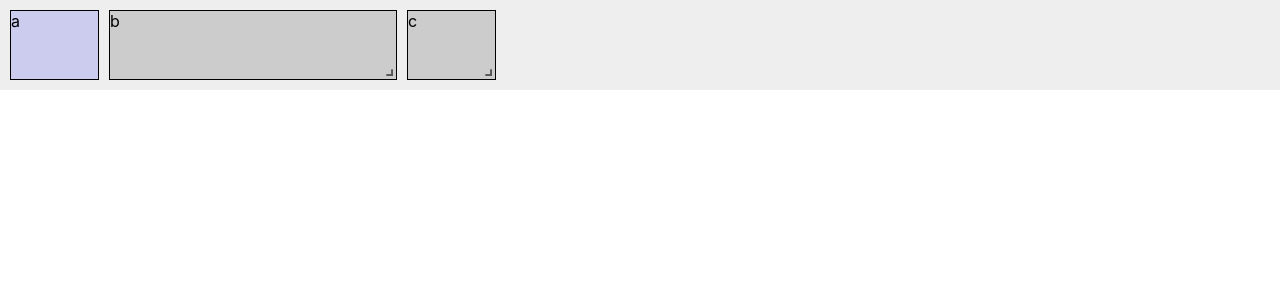
Repository: adnanaahmad/keep
Page: /
The author's editor kept a copy of each file at every save. The page is drawn from the files as they stood at one save, then again after the next save.
The browser window is 1280 px wide. The pictures show the whole page.
The project was rebuilt for these pictures with package versions that can differ from the ones it lists, and the page was loaded fresh each time.

Above is the page before, as saved 2021-11-29 17:44:38.

### src/App.js
import Notes from './pages/notes';
import '../node_modules/react-grid-layout/css/styles.css';
import '../node_modules/react-resizable/css/styles.css';

function App() {
  return (
    <div>
      <Notes/>
    </div>
  );
}

export default App;

### src/pages/notes/index.js
import GridLayout from 'react-grid-layout';
import '../../../node_modules/react-grid-layout/css/styles.css';
import '../../../node_modules/react-resizable/css/styles.css';
import './index.css'
function Notes () {
    // layout is an array of objects, see the demo for more complete usage
    const layout = [
      {i: 'a', x: 0, y: 0, w: 1, h: 2, static: true},
      {i: 'b', x: 1, y: 0, w: 3, h: 2, minW: 2, maxW: 4},
      {i: 'c', x: 4, y: 0, w: 1, h: 2}
    ];
    return (
      <GridLayout className="layout" layout={layout} cols={12} rowHeight={30} width={1200}>
        <div key="a">a</div>
        <div key="b">b</div>
        <div key="c">c</div>
      </GridLayout>
    )
}
export default Notes;

### src/pages/notes/index.css
#content {
width: 100%;
}
.react-grid-layout {
background: #eee;
}
.layoutJSON {
background: #ddd;
border: 1px solid black;
margin-top: 10px;
padding: 10px;
}
.columns {
-moz-columns: 120px;
-webkit-columns: 120px;
columns: 120px;
}
.react-grid-item {
box-sizing: border-box;
}
.react-grid-item:not(.react-grid-placeholder) {
background: #ccc;
border: 1px solid black;
}
.react-grid-item.resizing {
opacity: 0.9;
}
.react-grid-item.static {
background: #cce;
}
.react-grid-item .text {
font-size: 24px;
text-align: center;
position: absolute;
top: 0;
bottom: 0;
left: 0;
right: 0;
margin: auto;
height: 24px;
}
.react-grid-item .minMax {
font-size: 12px;
}
.react-grid-item .add {
cursor: pointer;
}
.react-grid-dragHandleExample {
cursor: move; /* fallback if grab cursor is unsupported */
cursor: grab;
cursor: -moz-grab;
cursor: -webkit-grab;
}
li b {
font-size: 19px;
line-height: 14px;
}

Loaded but not shown: public/index.html (common file); src/index.js (common file); src/index.css (common file); src/reportWebVitals.js (common file)

After the next save:
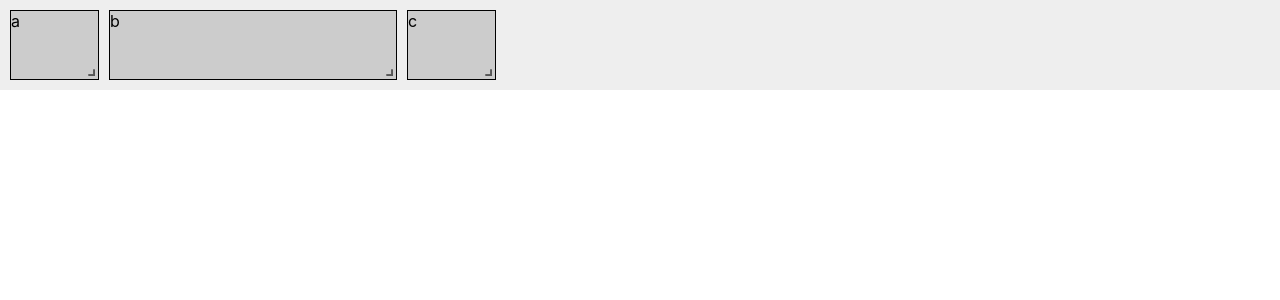
Saved 20 s later.
--- a/src/pages/notes/index.js
+++ b/src/pages/notes/index.js
@@ -5,7 +5,7 @@ import './index.css'
 function Notes () {
     // layout is an array of objects, see the demo for more complete usage
     const layout = [
-      {i: 'a', x: 0, y: 0, w: 1, h: 2, static: true},
+      {i: 'a', x: 0, y: 0, w: 1, h: 2},
       {i: 'b', x: 1, y: 0, w: 3, h: 2, minW: 2, maxW: 4},
       {i: 'c', x: 4, y: 0, w: 1, h: 2}
     ];
